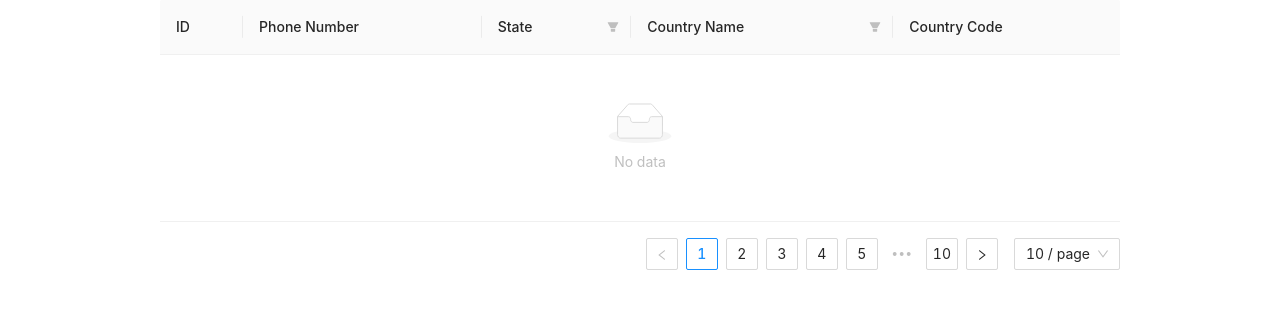
Repository: MohamedMedhat96/jumia-phone-directory-task
Page: / (app in jumia-task-frontend/)
The author's editor kept a copy of each file at every save. The page is drawn from the files as they stood at one save, then again after a run of saves.
The browser window is 1280 px wide. The pictures show the whole page.
The project was rebuilt for these pictures with package versions that can differ from the ones it lists, and the page was loaded fresh each time.

Above is the page before, as saved 2021-10-15 13:58:43.

After the next 2 saves:
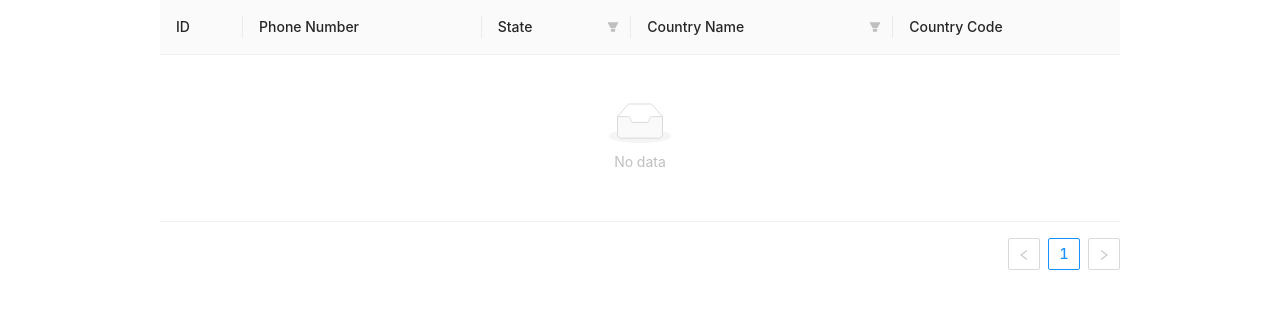
The 2 saves are shown as one change because 1 did not build or start.
The last was saved 7 min 42 s later.
--- a/jumia-task-frontend/src/App.js
+++ b/jumia-task-frontend/src/App.js
@@ -5,7 +5,7 @@ import { useState } from "react";
 
 function App() {
 
-  const [pagination, setPagination] = useState({ current: 1, pageSize: 10, total: 100 })
+  const [pagination, setPagination] = useState({ current: 1, pageSize: 10, total: 5 })
   const stateSearch = () => {
     return <div>
       <Search
